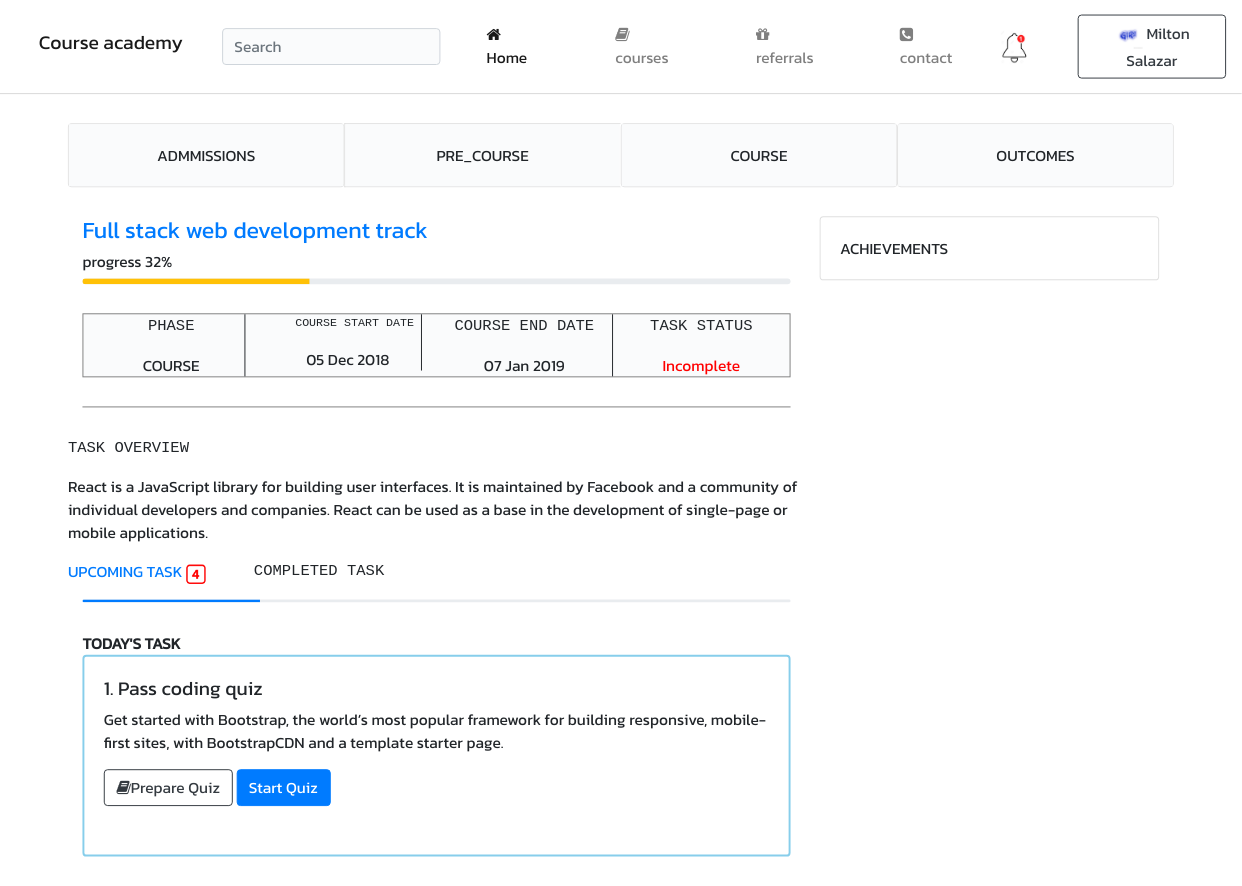
Repository: giribabu1997/html-layout
Page: task.html
An editor plug-in stored every save of this project. The page is shown before and after a run of saves, followed by the edit.
The browser window is 1280 px wide. The pictures show the whole page, at 97% of full size.
Some web fonts or font styles are not loaded; a fallback is used.

Above is the page before, as saved 2019-06-28 16:06:22.

After the next 2 saves:
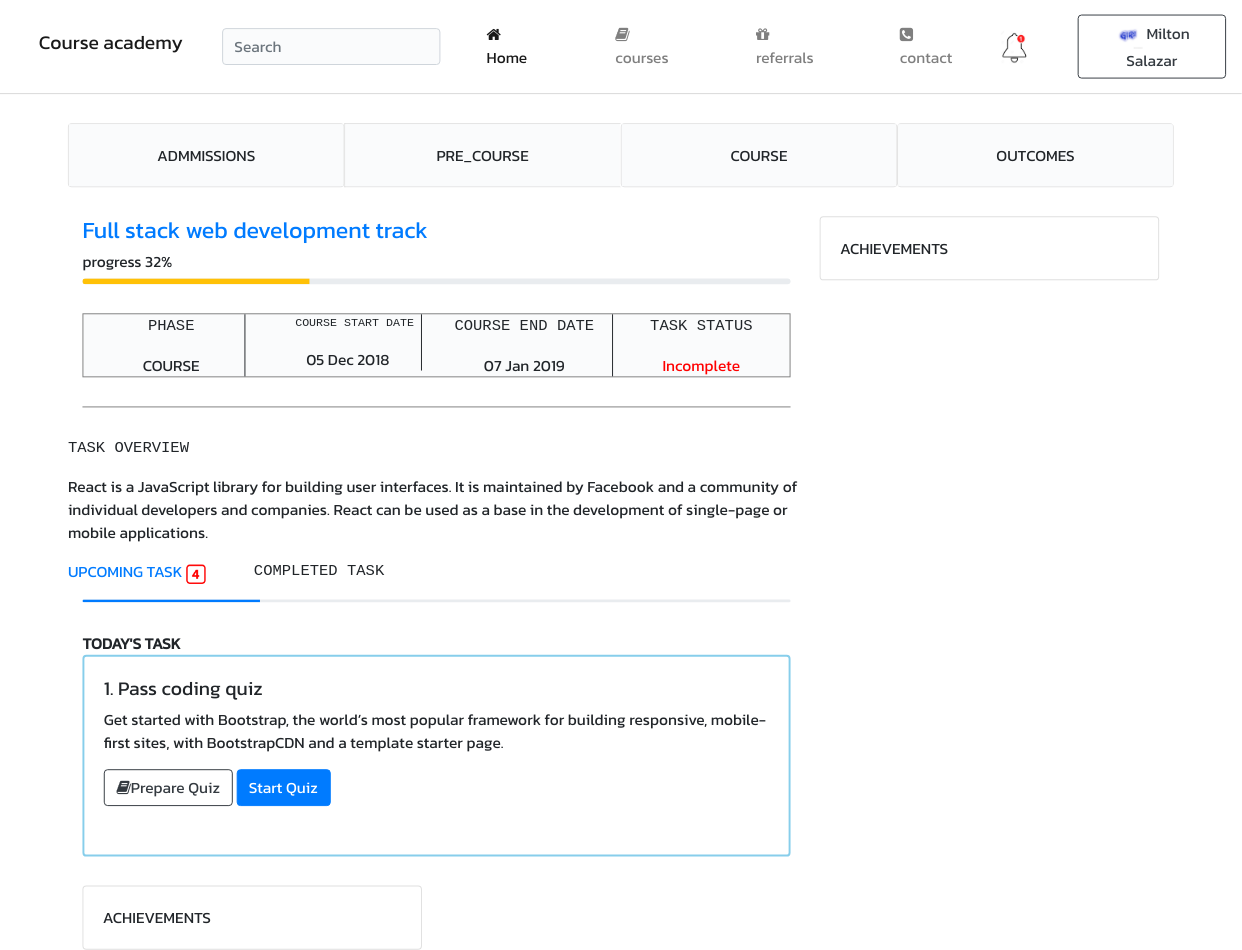
The 2 saves are shown as one change because they came seconds apart.
The last was saved 37 s later.
--- a/task.html
+++ b/task.html
@@ -187,6 +187,14 @@
 
                 </div>
             </div>
+            <div class="col-4">
+                    <div class="card">
+                        <div class="card-body">
+                            <div>ACHIEVEMENTS</div>
+                        </div>
+
+                    </div>
+                </div>
         </div>
     </div>
 

After the save that followed:
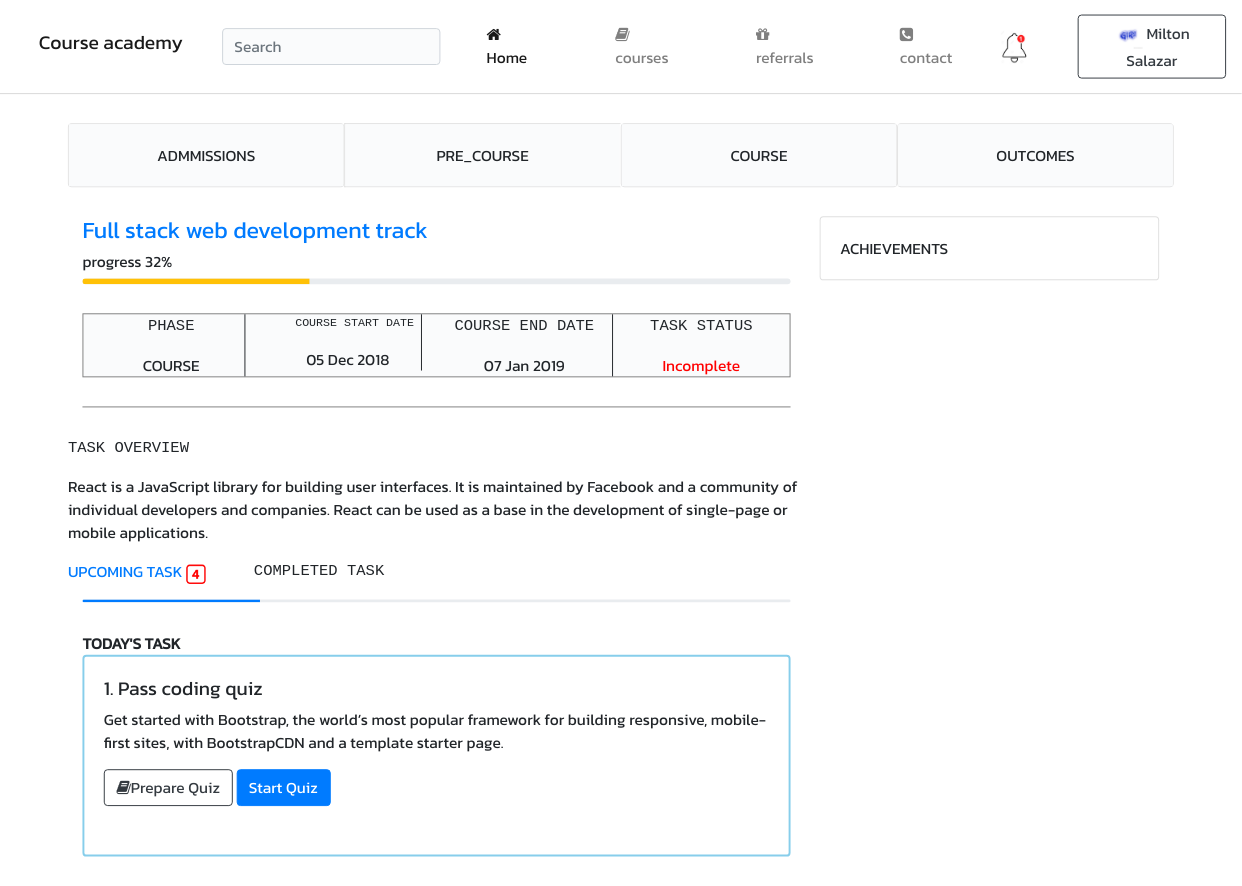
Saved 22 s later.
--- a/task.html
+++ b/task.html
@@ -187,14 +187,7 @@
 
                 </div>
             </div>
-            <div class="col-4">
-                    <div class="card">
-                        <div class="card-body">
-                            <div>ACHIEVEMENTS</div>
-                        </div>
-
-                    </div>
-                </div>
+
         </div>
     </div>
 
